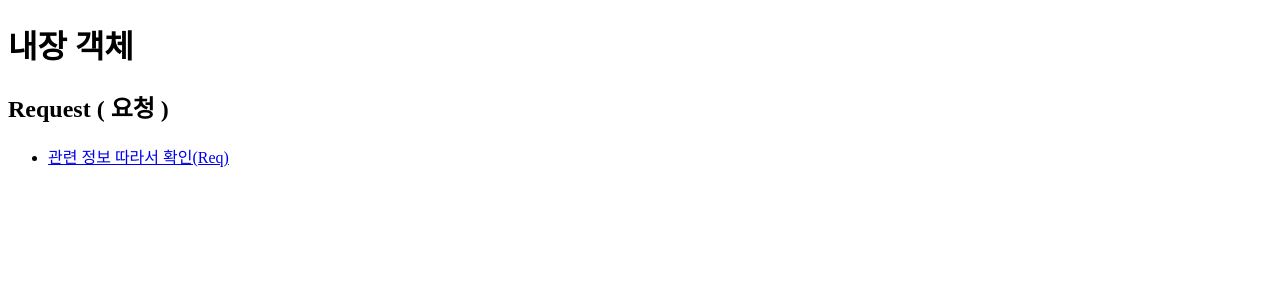
Repository: kvmhyvmvn/Study_JspServlet
Page: http://localhost/04.Implicit/
These files come from the project's save history. The page is drawn as it stood at one moment and after the next save; the edit follows.
The browser window is 1280 px wide. The pictures show the whole page.
The page is served by Tomcat 9.

Above is the page before, as saved 2023-05-22 01:41:55.

After the next save:
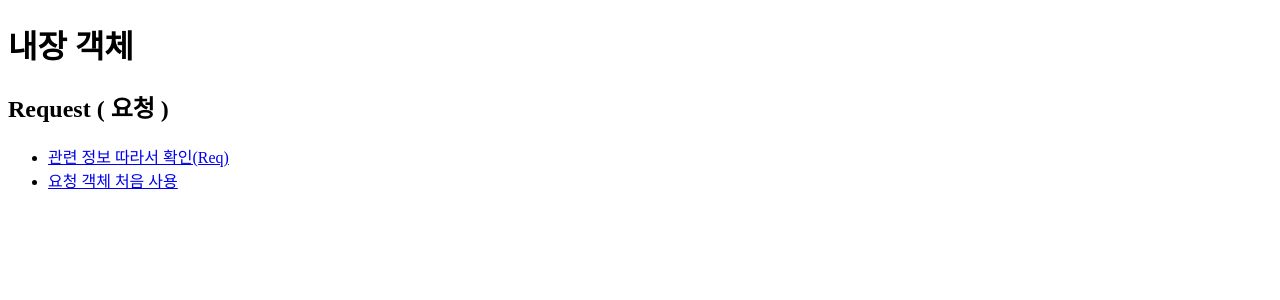
Saved 2 min 10 s later.
--- a/WorkSpace/04.Implicit/src/main/webapp/index.jsp
+++ b/WorkSpace/04.Implicit/src/main/webapp/index.jsp
@@ -11,6 +11,7 @@
 	<h2> Request ( 요청 )</h2>
 	<ul>
 		<li><a href="Ex01_Request/Ex00_IntoRequest.jsp">관련 정보 따라서 확인(Req)</a>
+		<li><a href="Ex01_Request/Ex01_Request.jsp">요청 객체 처음 사용</a>
 
 	</ul>
 </body>
